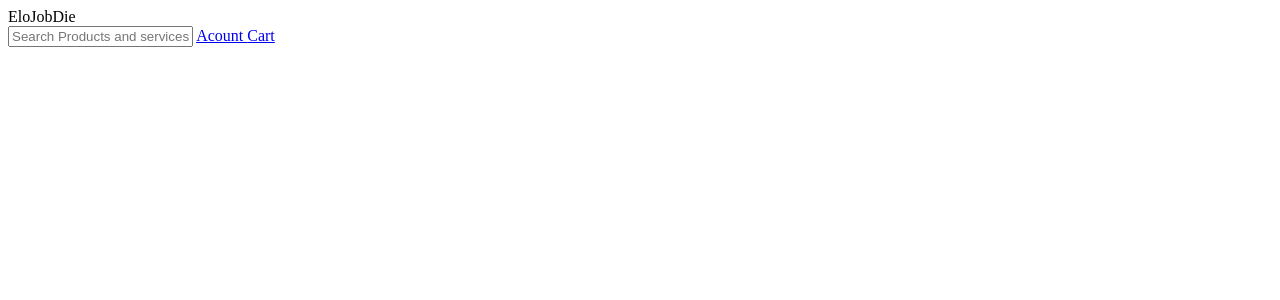
Repository: JustTheHero/web_online_store
Page: homePage.html
An editor plug-in stored every save of this project. The page is shown before and after the next save, followed by the edit.
The browser window is 1280 px wide. The pictures show the whole page.

Above is the page before, as saved 2025-04-24 09:11:51.

After the next save:
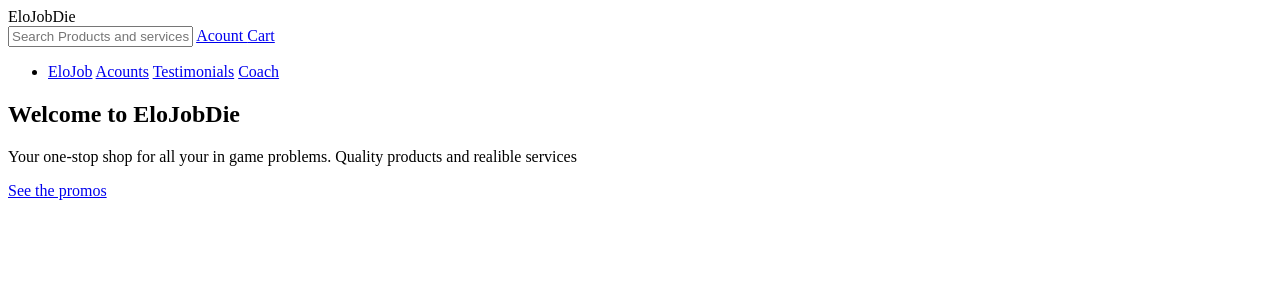
Saved 10 min 10 s later.
--- a/homePage.html
+++ b/homePage.html
@@ -25,7 +25,26 @@
             </dic>
         </div>
     </header>
+    <nav>
+        <div class = "container_nav">
+            <ul class = "nav_itens">
+                <li>
+                    <a href="#elojob">EloJob</a>
+                    <a href="#acounts">Acounts</a>
+                    <a href="#testimonials">Testimonials</a>
+                    <a href="#coach">Coach</a>
+                </li>
+            </ul>
+        </div>
+    </nav>
+    <section class = "welcome">
+        <div class = "container_welcome">
+            <h1>Welcome to EloJobDie</h1>
+            <p>Your one-stop shop for all your in game problems. Quality products and realible services</p>
+            <a href="#promos">See the promos</a>
+        </div>
 
+    </section>
     <footer>
 
     </footer>
